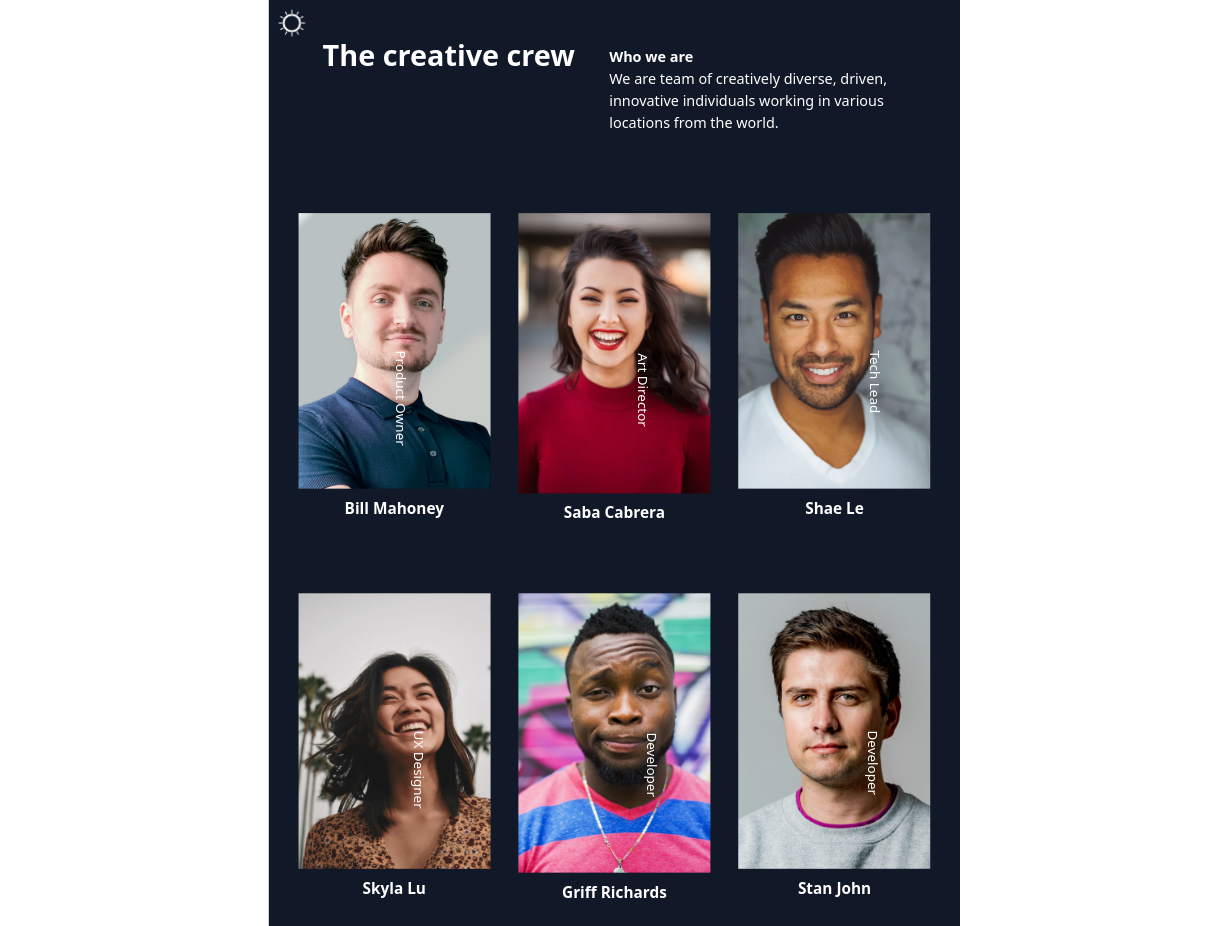
Repository: Alzate1075/Funval-G3-N2
Page: /
The author's editor kept a copy of each file at every save. The page is drawn from the files as they stood at one save, then again after the next save.
The browser window is 1280 px wide. The pictures show the whole page, at 96% of full size.
The project was rebuilt for these pictures with package versions that can differ from the ones it lists, and the page was loaded fresh each time. Also part of the build but not shown: vite.config.js.

Above is the page before, as saved 2025-07-02 22:45:48.

### index.html
<!DOCTYPE html>
<html lang="en">
  <head>
    <meta charset="UTF-8" />
    <link rel="icon" type="image/svg+xml" href="/vite.svg" />
    <meta name="viewport" content="width=device-width, initial-scale=1.0" />
    <link rel="stylesheet" href="./src/index.css" />
    <title>Vite + React</title>
  </head>
  <body>
    <div id="root"></div>
    <script type="module" src="/src/main.jsx"></script>
  </body>
</html>

### src/App.jsx
import { TeamCard } from "./components/TeamCard";
import miArray from "./components/ArrayTeams";

function App() {
  return (
    <div className="md:bg-[#111827] p-2 md:mx-70">
      <div>
        <img src="/images/sol.png" alt="sol" className="w-8 justify-end" />
      </div>
      <div>
        <img
          src="/images/luna.png"
          alt="luna"
          className="w-8 justify-start md:hidden"
        />
      </div>
      <div className="md:text-white text-black text-center md:flex md:justify-between md:mx-12">
        <h1 className="text-3xl font-bold">The creative crew</h1>
        <p className="text-[15px] mt-2 max-w-md md:text-md text-wrap text-left m-5">
          <b>Who we are</b>
          <br />
          We are team of creatively diverse, driven, <br /> innovative
          individuals working in various <br /> locations from the world.
        </p>
      </div>

      <div className="md:bg-[#111827] grid grid-cols-2 md:grid-cols-3 gap-x-4 gap-y-6 p-4">
        {miArray.map((persona, index) => (
          <TeamCard
            key={index}
            name={persona.name}
            role={persona.role}
            image={persona.image}
            extraClass={index % 3 === 1 ? "mt-16" : ""}
          />
        ))}
      </div>
    </div>
  );
}

export default App;

### src/components/TeamCard.jsx
export function TeamCard(props) {
  return (
    <div className={`md:mt-12 ${props.extraClass}`}>
      <div className="text-black md:text-white md:flex md:items-center md:justify-center gap-2 relative">
        <img src={props.image} alt={props.name} className="md:w-[200px] w-20" />
        <span className="absolute right-0 top-1/2 -translate-y-1/2 rotate-90 origin-left text-sm">
          {props.role}
        </span>
      </div>
      <div className="md:text-white text-center mt-2">
        <h3 className="font-semibold">{props.name}</h3>
      </div>
    </div>
  );
}

### src/components/ArrayTeams.jsx
const miArray = [
  {
    name: "Bill Mahoney",
    role: "Product Owner",
    image: "/images/photo1.png",
    descripcion: "Responsable del producto",
  },
  {
    name: "Saba Cabrera",
    role: "Art Director",
    image: "/images/photo2.png",
    descripcion: "Directora de arte",
  },
  {
    name: "Shae Le",
    role: "Tech Lead",
    image: "/images/photo3.png",
    descripcion: "Líder tecnológico",
  },
  {
    name: "Skyla Lu",
    role: "UX Designer",
    image: "/images/photo4.png",
    descripcion: "Diseñadora UX",
  },
  {
    name: "Griff Richards",
    role: "Developer",
    image: "/images/photo5.png",
    descripcion: "Desarrollador",
  },
  {
    name: "Stan John",
    role: "Developer",
    image: "/images/photo6.png",
    descripcion: "Desarrollador",
  },
];

export default miArray;

Loaded but not shown: src/index.css (common file); src/main.jsx (common file)

After the next save:
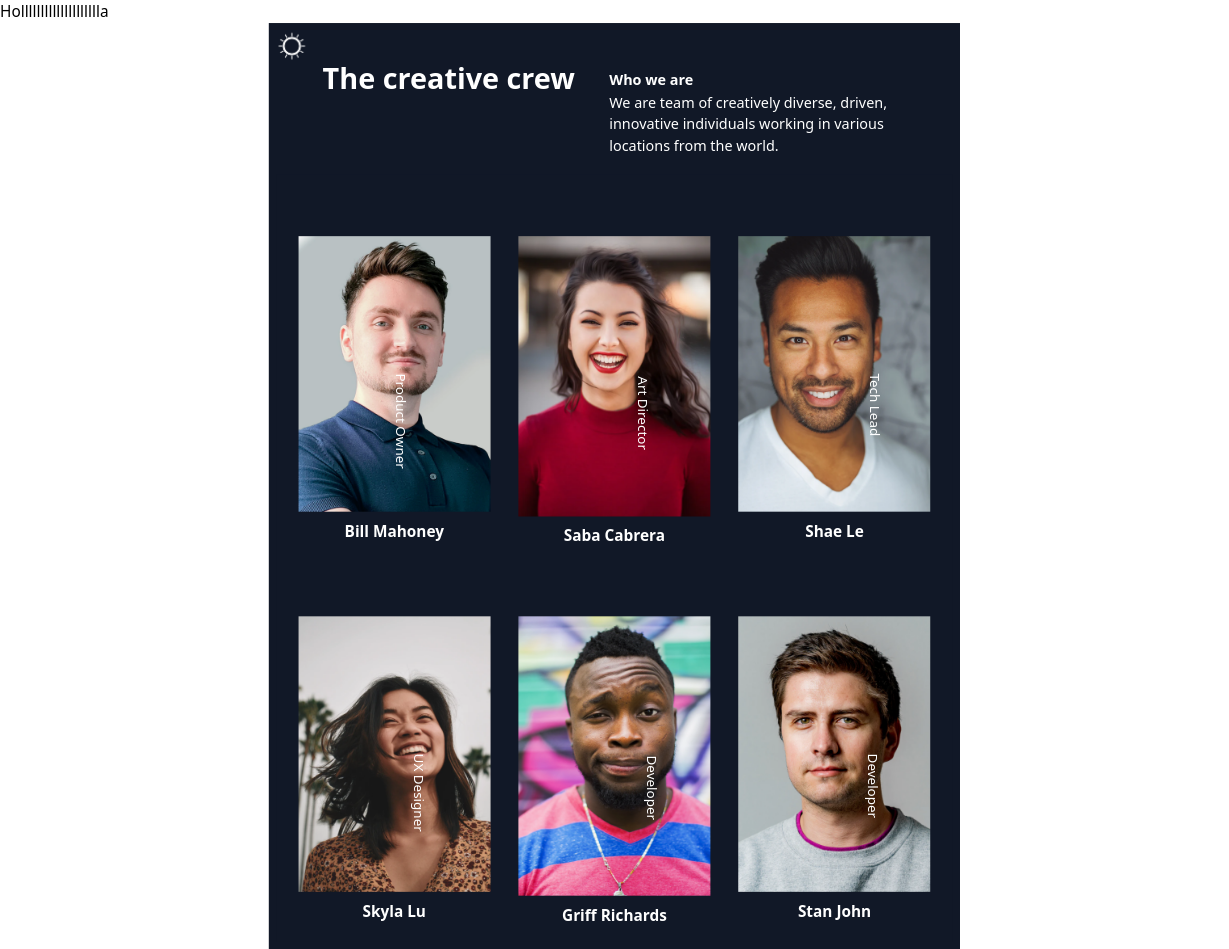
Saved 5 min 7 s later.
--- a/index.html
+++ b/index.html
@@ -8,6 +8,7 @@
     <title>Vite + React</title>
   </head>
   <body>
+    <h1>Holllllllllllllllllllla</h1>
     <div id="root"></div>
     <script type="module" src="/src/main.jsx"></script>
   </body>

After the save that followed:
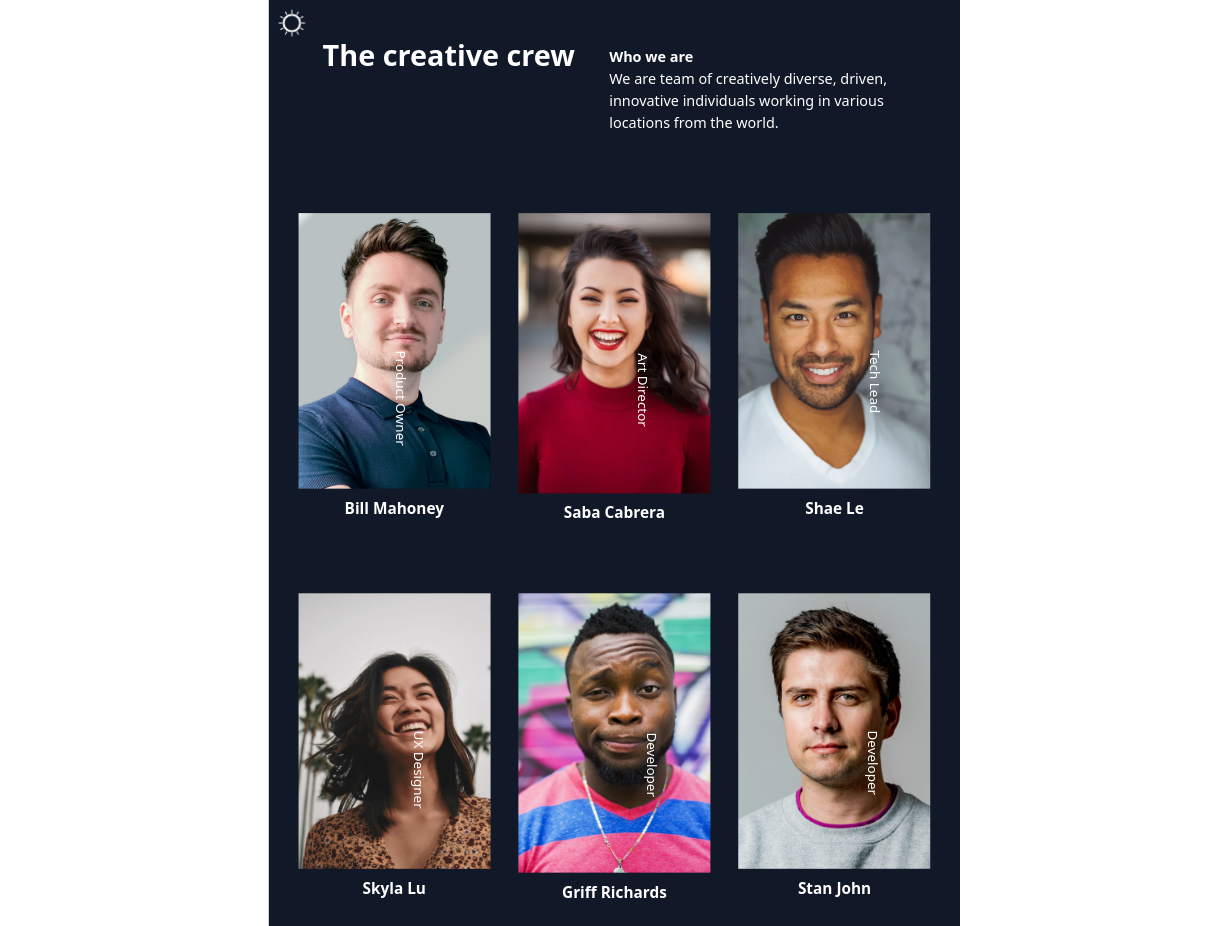
Saved 31 s later.
--- a/index.html
+++ b/index.html
@@ -8,7 +8,6 @@
     <title>Vite + React</title>
   </head>
   <body>
-    <h1>Holllllllllllllllllllla</h1>
     <div id="root"></div>
     <script type="module" src="/src/main.jsx"></script>
   </body>
